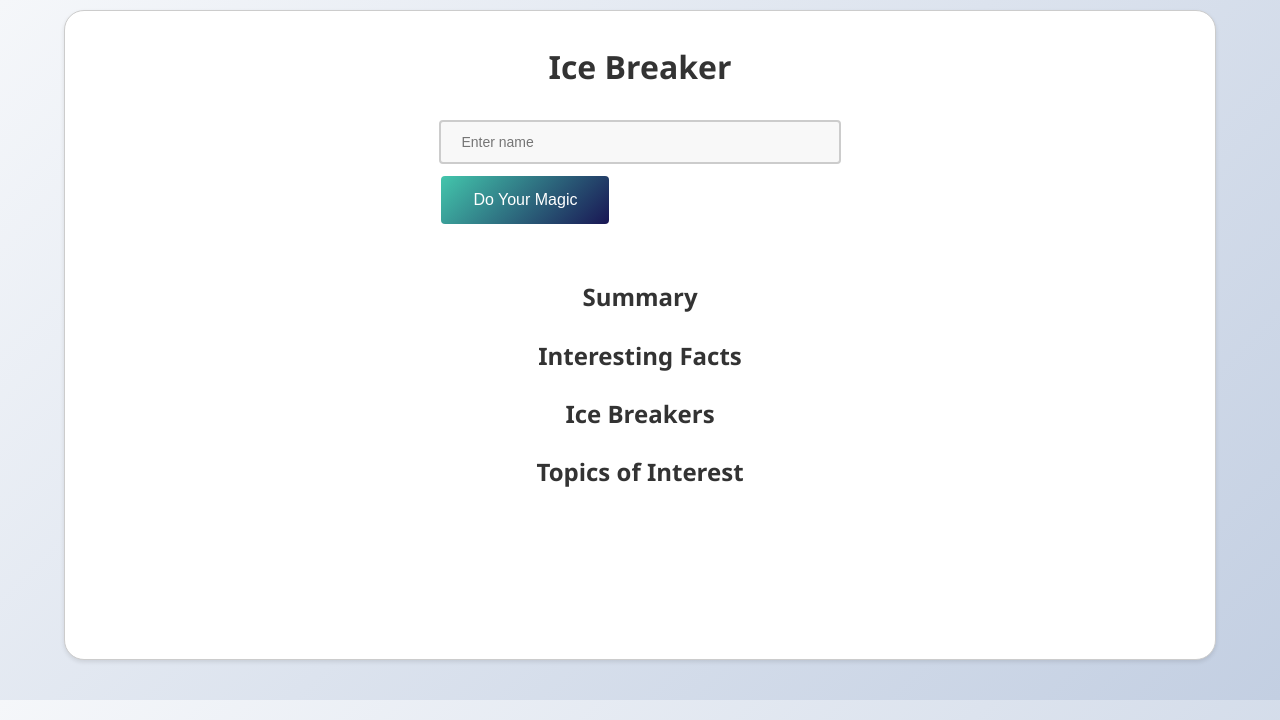
Repository: kunal02kb/Minor-Project-LangCahin
Page: http://localhost/
The author's editor kept a copy of each file at every save. The page is drawn from the files as they stood at one save, then again after the next save.
The browser window is 1280 px wide. The pictures show the whole page.
Some web libraries are served in a nearby version. The page is served by the project's application, run on Flask 3 (app.py). Other server files are loaded and not shown.

Above is the page before, as saved 2023-09-27 08:29:20.

### templates/index.html
<!DOCTYPE html>
<html lang="en">
<head>
    <meta charset="UTF-8">
    <meta name="viewport" content="width=device-width, initial-scale=1.0">
    <link rel="stylesheet" href="{{ url_for('static', filename='css/style.css') }}">
    <script src="https://code.jquery.com/jquery-3.6.0.min.js"></script>
    <title>Ice Breaker</title>
    <link rel="stylesheet" href="https://cdnjs.cloudflare.com/ajax/libs/font-awesome/6.1.0/css/all.min.css" />
    <div class="spinner-container" id="spinner-container" style="display: none;">
        <i id="loading-spinner" class="fas fa-spinner fa-spin"></i>
    </div>
</head>
<body>
    <div class="container">
        <h1>Ice Breaker</h1>
        <form id="name-form">
            <input type="text" id="name" name="name" placeholder="Enter name">
            <button id="magic-button" type="submit">Do Your Magic</button>
        </form>
        <div id="result">
            <img id="profile-pic" src="" alt="Profile Picture" style="display: none; max-width: 100%; height: auto; border-radius: 50%; margin-bottom: 20px;">
            <h2>Summary</h2>
            <p id="summary-and-facts"></p>
            <h2>Interesting Facts</h2>
            <div id="interests"></div>
            <h2>Ice Breakers</h2>
            <div id="ice-breakers"></div>
            <h2>Topics of Interest</h2>
            <div id="topics-of-interest"></div>
        </div>
    </div>
    <script>
        $(document).ready(function () {
            $('#name-form').on('submit', function (e) {
                e.preventDefault();
                $('#spinner-container').show();
                $.ajax({
                    url: '/process',
                    data: $('#name-form').serialize(),
                    type: 'POST',
                    success: function (response) {
                        $('#profile-pic').attr('src', response.picture_url); // Update the profile picture src attribute
                        $('#profile-pic').show(); // Show the profile picture
                        $('#summary-and-facts').text(response.summary);
                        $('#interests').html('<ul>' + response.facts.map(fact => '<li>' + fact + '</li>').join('') + '</ul>');
                        $('#ice-breakers').html('<ul>' + response.ice_breakers.map(ice_breaker => '<li>' + ice_breaker + '</li>').join('') + '</ul>');
                        $('#topics-of-interest').html('<ul>' + response.interests.map(topic => '<li>' + topic + '</li>').join('') + '</ul>');
                    },
                    error: function (error) {
                        console.log(error);
                    },
                    complete: function () {
                        $('#spinner-container').hide();
                    }
                });
            });
        });
    </script>
</body>
</html>

### app.py
from flask import Flask, render_template, request, jsonify
from ice_breaker import ice_break

app = Flask(__name__)


@app.route("/")
def index():
    return render_template("index.html")


@app.route("/process", methods=["POST"])
def process():
    name = request.form["name"]
    person_info, profile_pic_url = ice_break(name=name)

    # print(person_info.summary)
    # print( person_info.topic_of_interest)
    # print( person_info.facts)
    # print( person_info.ice_breaker)
    # print(profile_pic_url)

    return jsonify(
        {
            "summary": person_info.summary,
            "interests": person_info.topic_of_interest,
            "facts": person_info.facts,
            "ice_breakers": person_info.ice_breaker,
            "picture_url": profile_pic_url,
        }
    )


if __name__ == "__main__":
    app.run(host="0.0.0.0", debug=True)

### static/css/style.css

* {
    box-sizing: border-box;
    margin: 0;
    padding: 0;
}

body {
    font-family: 'Segoe UI', Tahoma, Geneva, Verdana, sans-serif;
    background-color: #f5f5f5;
    color: #333;
    line-height: 1.6;
    height: auto;
    min-height: 690px;
}

.container {
    width: 90%;
    min-height: 650px;
    margin: 10px auto;
    padding: 30px;
    background-color: #ffffff;
    box-shadow: 0 2px 4px rgba(0, 0, 0, 0.1);
    border: 1px solid #ccc;
    border-radius: 20px;
    display: flex;
    flex-direction: column;
    align-items: center;
}

h1 {
    font-size: 32px;
    margin-bottom: 20px;
}

input[type="text"] {
    width: 100%;
    padding: 12px 20px;
    margin: 8px 0;
    box-sizing: border-box;
    border: 2px solid #ccc;
    border-radius: 4px;
    background-color: #f8f8f8;
    font-size: 14px;
}

button {
    background-color: #4caf50;
    border: none;
    color: white;
    padding: 15px 32px;
    text-align: center;
    text-decoration: none;
    display: inline-block;
    font-size: 16px;
    margin: 4px 2px;
    cursor: pointer;
    border-radius: 4px;
    transition: 0.3s;
}

button:hover {
    background-color: #45a049;
}

#result {
    margin-top: 30px;
    width: 100%;
    text-align: center;
}


#loading {
  display: none;
  position: fixed;
  top: 0;
  right: 0;
  bottom: 0;
  left: 0;
  z-index: 999;
  background-color: rgba(255, 255, 255, 0.8);
}

.loader {
  position: absolute;
  top: 50%;
  left: 50%;
  transform: translate(-50%, -50%);
  border: 8px solid #f3f3f3;
  border-top: 8px solid #3498db;
  border-radius: 50%;
  width: 50px;
  height: 50px;
  animation: spin 2s linear infinite;
}

p {
    font-size: 18px;
    margin-bottom: 10px;
}

h2 {
    font-size: 24px;
    margin-bottom: 10px;
    margin-top: 20px;
}


/* style.css */

/* Add or update this in your style.css file */

body {
    font-family: 'Segoe UI', Tahoma, Geneva, Verdana, sans-serif;
    background-color: #f5f5f5;
    color: #333;
    line-height: 1.6;
    background-image: linear-gradient(135deg, #f5f7fa 0%, #c3cfe2 100%);
}

.spinner-container {
    position: fixed;
    display: flex;
    align-items: center;
    justify-content: center;
    top: 0;
    right: 0;
    bottom: 0;
    left: 0;
    z-index: 999;
}

#loading-spinner {
    font-size: 48px;
}

button {
    background-color: #4caf50;
    background-image: linear-gradient(135deg, #43c6ac 0%, #191654 100%);
    border: none;
    color: white;
    padding: 15px 32px;
    text-align: center;
    text-decoration: none;
    display: inline-block;
    font-size: 16px;
    margin: 4px 2px;
    cursor: pointer;
    border-radius: 4px;
    transition: 0.3s;
}

After the next save:
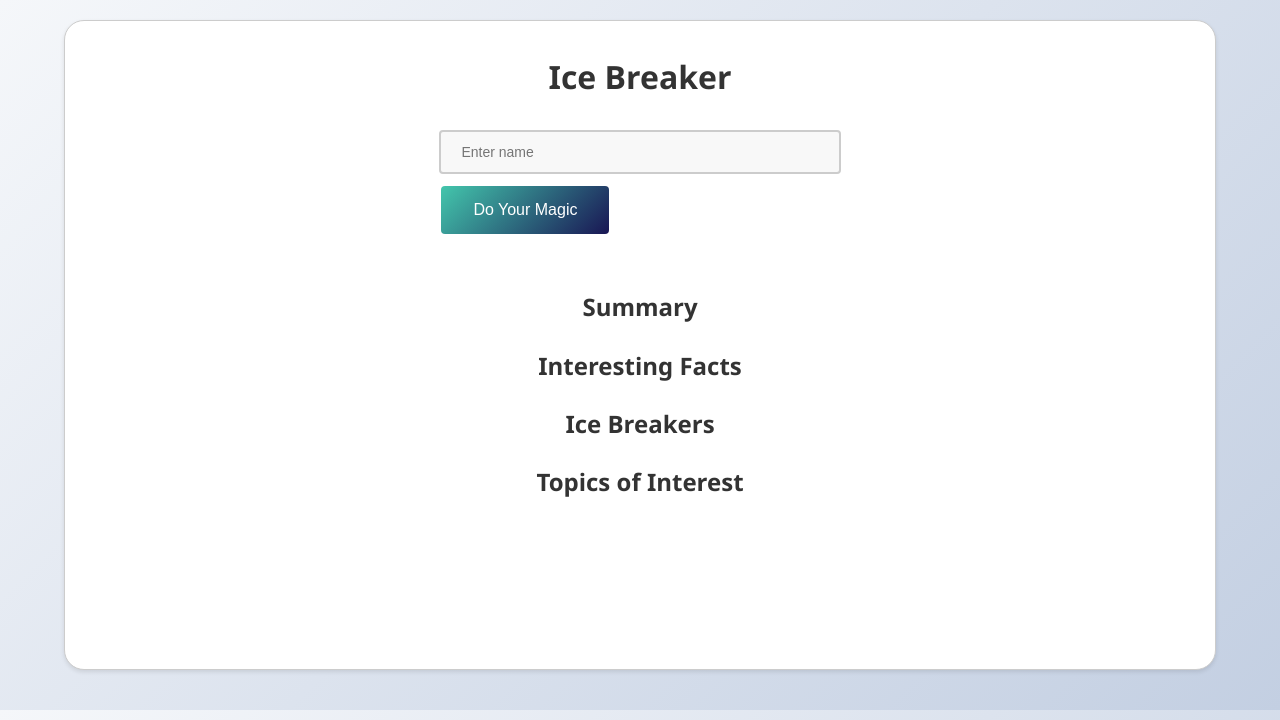
Saved 8 s later.
--- a/static/css/style.css
+++ b/static/css/style.css
@@ -17,7 +17,7 @@ body {
 .container {
     width: 90%;
     min-height: 650px;
-    margin: 10px auto;
+    margin: 20px auto;
     padding: 30px;
     background-color: #ffffff;
     box-shadow: 0 2px 4px rgba(0, 0, 0, 0.1);
